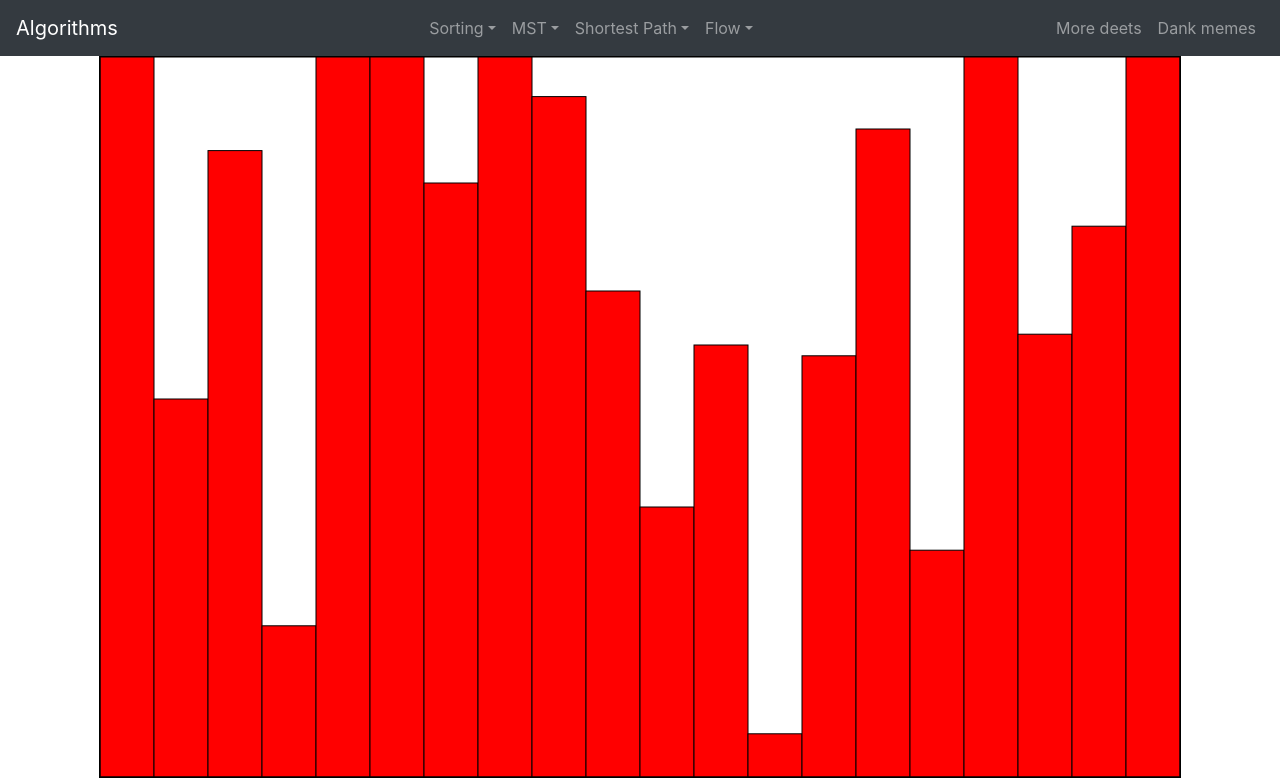
Repository: dkasima1/Algorithm-Visualizations
Page: /
These files come from the project's save history. The page is drawn as it stood at one moment and after the next save; the edit follows.
The browser window is 1280 px wide. The pictures show the whole page.
The project was rebuilt for these pictures with package versions that can differ from the ones it lists, and the page was loaded fresh each time. Also part of the build but not shown: src/components/Sorting/Bubble_Sort.js.

Above is the page before, as saved 2020-06-29 23:46:10.

After the next save:
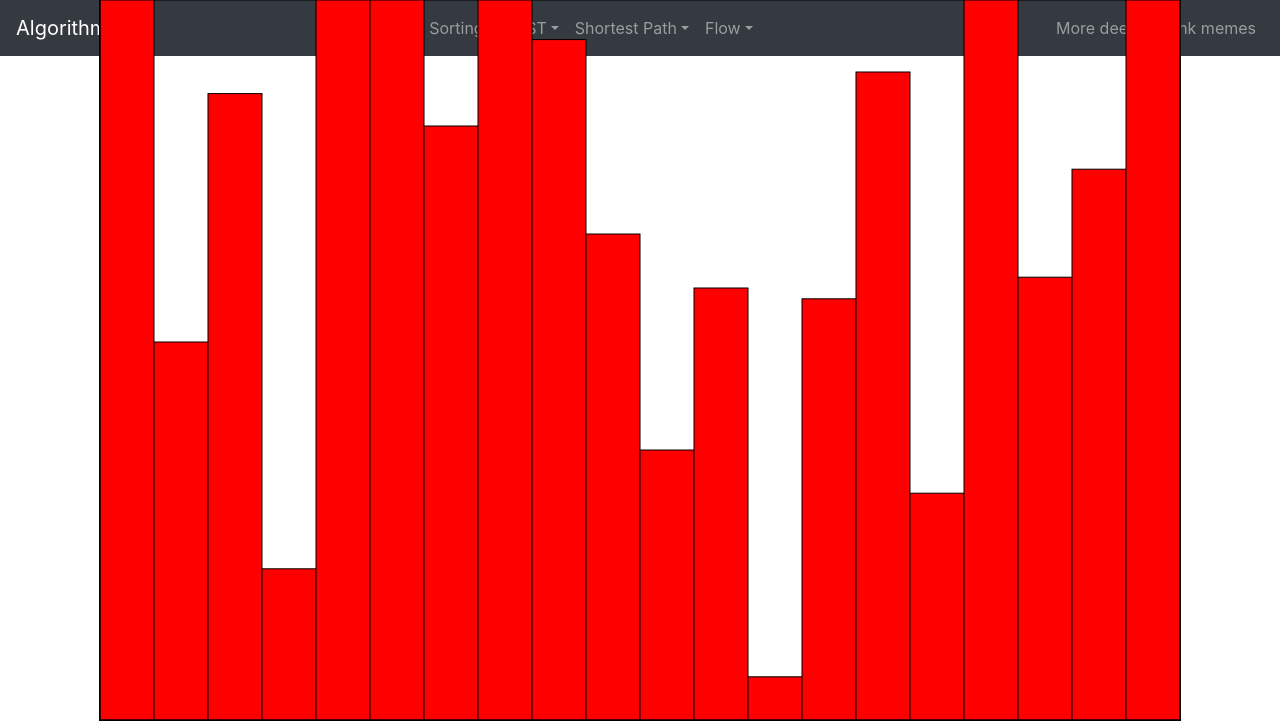
Saved 31 s later.
--- a/src/components/Graph/BarGraph.css
+++ b/src/components/Graph/BarGraph.css
@@ -2,5 +2,10 @@ canvas {
     padding: 0;
     margin: auto;
     display: block;
+    position: absolute;
+    top: 0;
+    bottom: 0;
+    left: 0;
+    right: 0;
     border: 1px solid black;
 }
